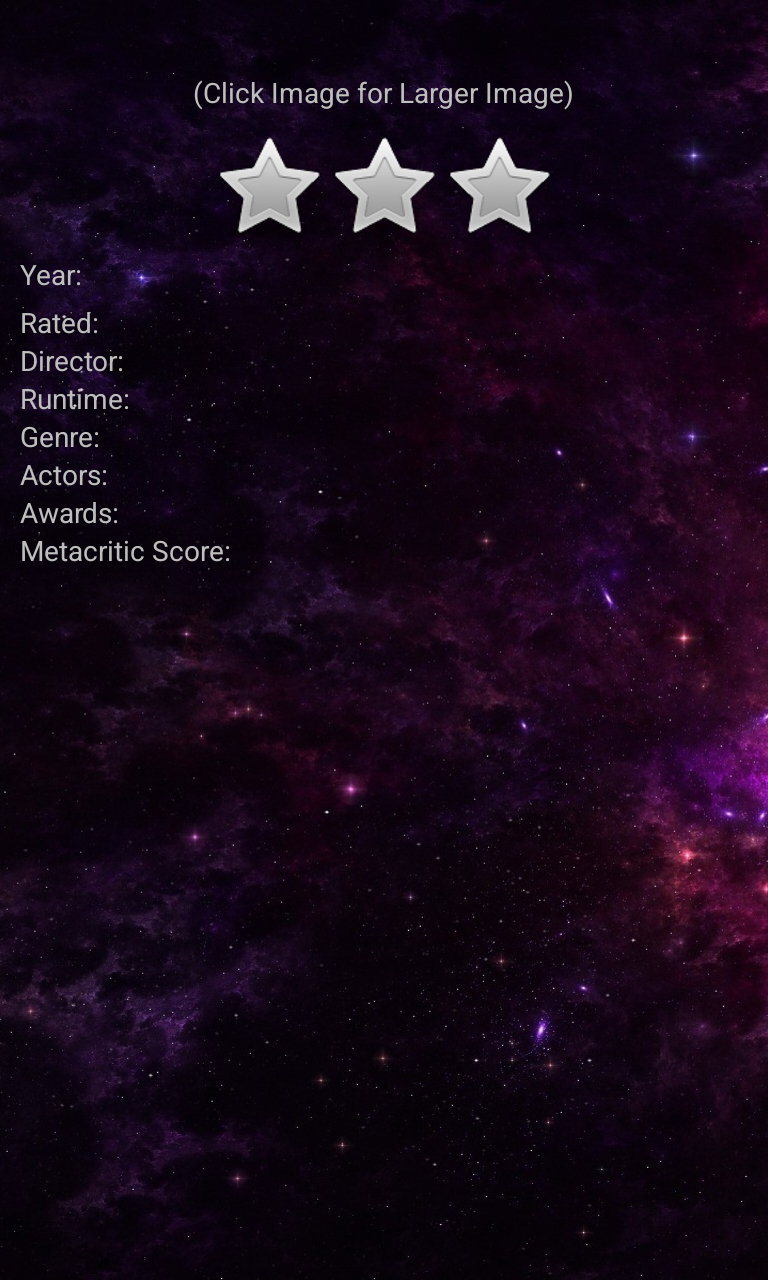
Repository: laurenelder/Java2_Elder
Layout: MovieLookup/res/layout/detail_layout.xml
These files come from the project's save history. The layout is drawn as it stood at one moment and after the next save; the edit follows.
It is drawn on a 768 x 1280 px phone screen (xhdpi) without system bars, with theme android:Theme.Black; the app's code is not run.

Above is the layout before, as saved 2014-07-29 16:08:38.

### MovieLookup/res/layout/detail_layout.xml
<?xml version="1.0" encoding="utf-8"?>

<!-- MovieLookup -->
<!-- com.laurenelder.movielookup -->
<!-- Devin "Lauren" Elder -->
<!-- Jul 24, 2014 -->
<!-- Java 2 Term 1407 -->

<ScrollView
    xmlns:android="http://schemas.android.com/apk/res/android"
    android:layout_width="match_parent"
    android:layout_height="wrap_content" >

<LinearLayout
    android:layout_width="match_parent"
    android:layout_height="wrap_content"
    android:background="@drawable/spacebackground"
    android:orientation="vertical" >

    <TextView
        android:id="@+id/movieTitle"
        android:layout_width="wrap_content"
        android:layout_height="wrap_content"
        android:layout_gravity="center"
        android:gravity="center"
        android:layout_marginTop="7dp"
        android:text=""
        android:textAppearance="?android:attr/textAppearanceLarge" />

    <TextView
        android:id="@+id/imageHint"
        android:layout_width="wrap_content"
        android:layout_height="wrap_content"
        android:layout_gravity="center"
        android:gravity="center"
        android:layout_marginTop="0dp"
        android:text="@string/image_hint"
        android:textAppearance="?android:attr/textAppearanceSmall" />

    <ImageView
        android:id="@+id/movieImage"
        android:layout_width="wrap_content"
        android:layout_height="wrap_content"
        android:layout_gravity="center"
        android:layout_marginTop="10dp"
        android:clickable="true"
        android:contentDescription="@string/image_desciption" />

    <RatingBar
	    android:id="@+id/ratingBar"
	    android:layout_width="wrap_content"
	    android:layout_height="wrap_content"
	    android:layout_gravity="center"
        android:numStars="3"
	    android:stepSize="1.0"
	    android:rating="0.0" />

    <RelativeLayout
        android:layout_width="match_parent"
        android:layout_height="wrap_content"
        android:layout_marginTop="5dp" >

        <TextView
            android:id="@+id/yearLabel"
            android:layout_width="wrap_content"
            android:layout_height="wrap_content"
            android:layout_marginLeft="10dp"
            android:layout_alignParentLeft="true"
            android:layout_alignParentTop="true"
            android:text="@string/year_str" />

        <TextView
            android:id="@+id/movieYear"
            android:layout_width="150dp"
            android:layout_height="wrap_content"
            android:layout_marginRight="10dp"
            android:layout_alignParentRight="true"
            android:layout_alignParentTop="true"
            android:text="" />

    </RelativeLayout>

    <RelativeLayout
        android:layout_width="match_parent"
        android:layout_height="wrap_content"
        android:layout_marginTop="5dp" >

        <TextView
            android:id="@+id/ratingLabel"
            android:layout_width="wrap_content"
            android:layout_height="wrap_content"
            android:layout_marginLeft="10dp"
            android:layout_alignParentLeft="true"
            android:layout_alignParentTop="true"
            android:text="@string/rated_str" />

        <TextView
            android:id="@+id/movieRating"
            android:layout_width="150dp"
            android:layout_height="wrap_content"
            android:layout_marginRight="10dp"
            android:layout_alignParentRight="true"
            android:layout_alignParentTop="true"
            android:text="" />

    </RelativeLayout>

    <RelativeLayout
        android:layout_width="match_parent"
        android:layout_height="wrap_content"
        android:layout_marginTop="0dp" >

        <TextView
            android:id="@+id/directorLabel"
            android:layout_width="wrap_content"
            android:layout_height="wrap_content"
            android:layout_marginLeft="10dp"
            android:layout_alignParentLeft="true"
            android:layout_alignParentTop="true"
            android:text="@string/director_str" />

        <TextView
            android:id="@+id/movieDirector"
            android:layout_width="150dp"
            android:layout_height="wrap_content"
            android:layout_marginRight="10dp"
            android:layout_alignParentRight="true"
            android:layout_alignParentTop="true"
            android:text="" />

    </RelativeLayout>

    <RelativeLayout
        android:layout_width="match_parent"
        android:layout_height="wrap_content"
        android:layout_marginTop="0dp" >

        <TextView
            android:id="@+id/runtimeLabel"
            android:layout_width="wrap_content"
            android:layout_height="wrap_content"
            android:layout_marginLeft="10dp"
            android:layout_alignParentLeft="true"
            android:layout_alignParentTop="true"
            android:text="@string/runtime_str" />

        <TextView
            android:id="@+id/movieRuntime"
            android:layout_width="150dp"
            android:layout_height="wrap_content"
            android:layout_marginRight="10dp"
            android:layout_alignParentRight="true"
            android:layout_alignParentTop="true"
            android:text="" />

    </RelativeLayout>

    <RelativeLayout
        android:layout_width="match_parent"
        android:layout_height="wrap_content"
        android:layout_marginTop="0dp" >

        <TextView
            android:id="@+id/genreLabel"
            android:layout_width="wrap_content"
            android:layout_height="wrap_content"
            android:layout_marginLeft="10dp"
            android:layout_alignParentLeft="true"
            android:layout_alignParentTop="true"
            android:text="@string/genre_str" />

        <TextView
            android:id="@+id/movieGenre"
            android:layout_width="150dp"
            android:layout_height="wrap_content"
            android:layout_marginRight="10dp"
            android:layout_alignParentRight="true"
            android:layout_alignParentTop="true"
            android:text="" />

    </RelativeLayout>

    <RelativeLayout
        android:layout_width="match_parent"
        android:layout_height="wrap_content"
        android:layout_marginTop="0dp" >

        <TextView
            android:id="@+id/actorLabel"
            android:layout_width="wrap_content"
            android:layout_height="wrap_content"
            android:layout_marginLeft="10dp"
            android:layout_alignParentLeft="true"
            android:layout_alignParentTop="true"
            android:text="@string/actor_str" />

        <TextView
            android:id="@+id/movieActor"
            android:layout_width="150dp"
            android:layout_height="wrap_content"
            android:layout_marginRight="10dp"
            android:layout_alignParentRight="true"
            android:layout_alignParentTop="true"
            android:text="" />

    </RelativeLayout>

    <RelativeLayout
        android:layout_width="match_parent"
        android:layout_height="wrap_content"
        android:layout_marginTop="0dp" >

        <TextView
            android:id="@+id/awardsLabel"
            android:layout_width="wrap_content"
            android:layout_height="wrap_content"
            android:layout_marginLeft="10dp"
            android:layout_alignParentLeft="true"
            android:layout_alignParentTop="true"
            android:text="@string/awards_str" />

        <TextView
            android:id="@+id/movieAwards"
            android:layout_width="150dp"
            android:layout_height="wrap_content"
            android:layout_marginRight="10dp"
            android:layout_alignParentRight="true"
            android:layout_alignParentTop="true"
            android:text="" />

    </RelativeLayout>

    <RelativeLayout
        android:layout_width="match_parent"
        android:layout_height="wrap_content"
        android:layout_marginTop="0dp" >

        <TextView
            android:id="@+id/scoreLabel"
            android:layout_width="wrap_content"
            android:layout_height="wrap_content"
            android:layout_marginLeft="10dp"
            android:layout_alignParentLeft="true"
            android:layout_alignParentTop="true"
            android:text="@string/score_str" />

        <TextView
            android:id="@+id/movieScore"
            android:layout_width="150dp"
            android:layout_height="wrap_content"
            android:layout_marginRight="10dp"
            android:layout_alignParentRight="true"
            android:layout_alignParentTop="true"
            android:text="" />

    </RelativeLayout>

    <TextView
        android:id="@+id/moviePlot"
        android:layout_width="wrap_content"
        android:layout_height="wrap_content"
        android:layout_marginTop="7dp"
        android:layout_marginRight="10dp"
        android:layout_marginLeft="10dp"
        android:layout_gravity="center"
        android:gravity="center"
        android:text="" />

</LinearLayout>

</ScrollView>

### MovieLookup/res/values/strings.xml
<?xml version="1.0" encoding="utf-8"?>

<!-- MovieLookup -->
<!-- com.laurenelder.movielookup -->
<!-- Devin "Lauren" Elder -->
<!-- Jul 17, 2014 -->
<!-- Java 2 Term 1407 -->

<resources>

    <string name="app_name">Movie Lookup</string>
    <string name="hello_world">Hello world!</string>
    <string name="action_settings">Settings</string>
    <string name="title_text">Search to find all the information on your favorite movies!</string>
    <string name="button_text">Find!</string>
    <string name="search_hint">Star Trek</string>
    <string name="main_api">http://www.omdbapi.com/?s=Star%20Trek_r=JSON</string>
    <string name="pre_detail_api">http://www.omdbapi.com/?i=</string>
    <string name="post_detail_api">_r=JSON</string>
    <string name="input_notification">Please enter a movie you would like to search for.</string>
    <string name="connection_notification">Connection Error: Please check to make sure you have an internet connection.</string>
    <string name="searching_notification">We are searching for your movie</string>
    <string name="details_notification">We are finding the details for your movie</string>
    <string name="file_name">apiJSONdata.txt</string>
    <string name="detail_file_name">.txt</string>
    <string name="n_a">Not Applicable</string>
    <string name="year_str">Year:</string>
    <string name="rated_str">Rated:</string>
    <string name="released_str">Date Released:</string>
    <string name="runtime_str">Runtime:</string>
    <string name="genre_str">Genre:</string>
    <string name="director_str">Director:</string>
    <string name="actor_str">Actors:</string>
    <string name="awards_str">Awards:</string>
    <string name="score_str">Metacritic Score:</string>
    <string name="image_hint">(Click Image for Larger Image)</string>
    <string name="image_desciption">Movie Poster</string>
    <string name="alert_title">Favorite Notification</string>
    <string name="alert_favMovie"> is now a favorite</string>
    <string name="alert_notFavMovie"> is not a favorite</string>
    <string name="alert_favRating">Rating Bar returned:</string>

</resources>

After the next save:
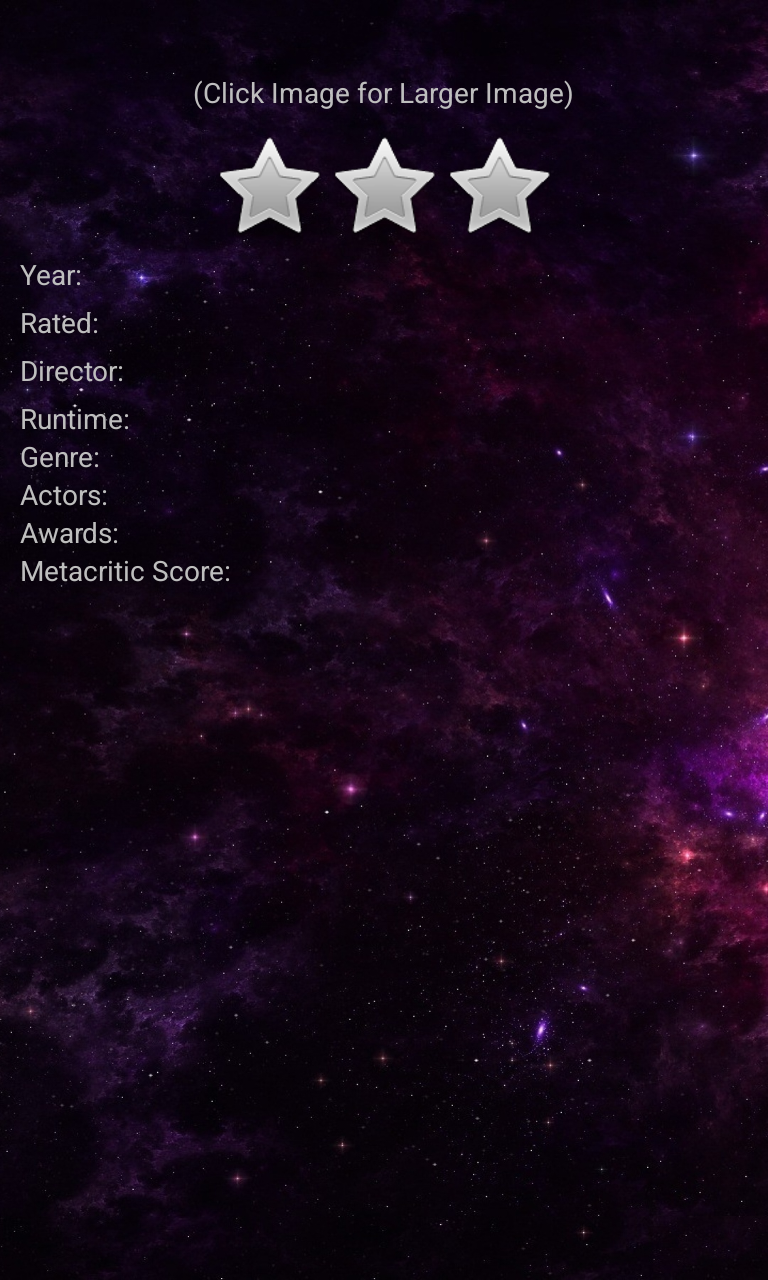
Saved 33 s later.
--- a/MovieLookup/res/layout/detail_layout.xml
+++ b/MovieLookup/res/layout/detail_layout.xml
@@ -108,7 +108,7 @@
     <RelativeLayout
         android:layout_width="match_parent"
         android:layout_height="wrap_content"
-        android:layout_marginTop="0dp" >
+        android:layout_marginTop="5dp" >
 
         <TextView
             android:id="@+id/directorLabel"
@@ -133,7 +133,7 @@
     <RelativeLayout
         android:layout_width="match_parent"
         android:layout_height="wrap_content"
-        android:layout_marginTop="0dp" >
+        android:layout_marginTop="5dp" >
 
         <TextView
             android:id="@+id/runtimeLabel"
